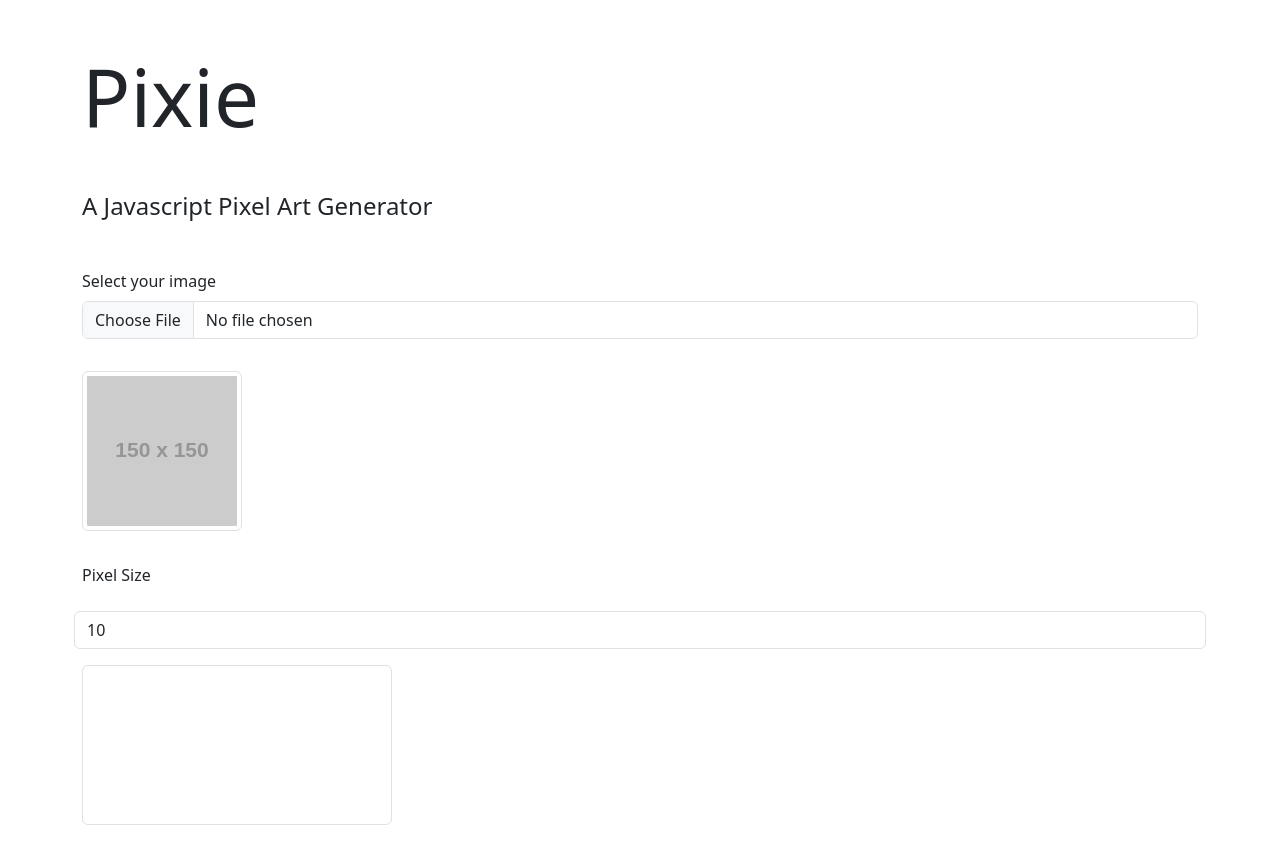
Repository: BigEmperor26/Pixie
Page: index.html
These files come from the project's save history. The page is drawn as it stood at one moment and after the next save; the edit follows.
The browser window is 1280 px wide. The pictures show the whole page.

Above is the page before, as saved 2023-12-08 15:58:58.
Console error: ReferenceError: cv is not defined

After the next save:
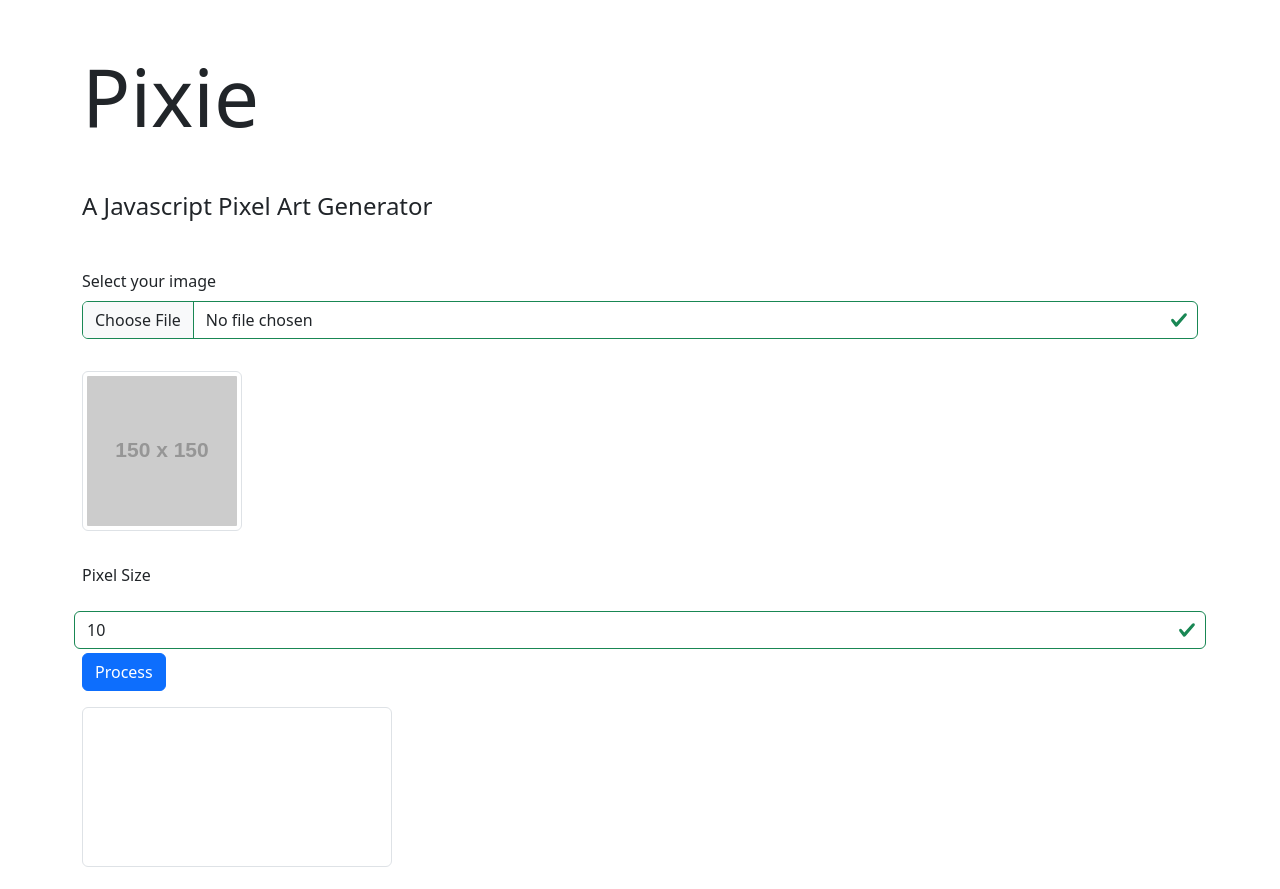
Saved 39 s later.
--- a/index.html
+++ b/index.html
@@ -11,7 +11,7 @@
     <div class="container">
     <p class="h1 my-5 display-1">Pixie</p>
     <p class="h4 my-5 disabled">A Javascript Pixel Art Generator</p>
-    <form class="row g-3 needs-validation" novalidate>
+    <form class="row g-3 needs-validation was-validated" novalidate>
         <div class="my-3">
             <label for="formFile" class="form-label">Select your image</label>
             <input class="form-control" type="file" id="fileInput" >

After the save that followed:
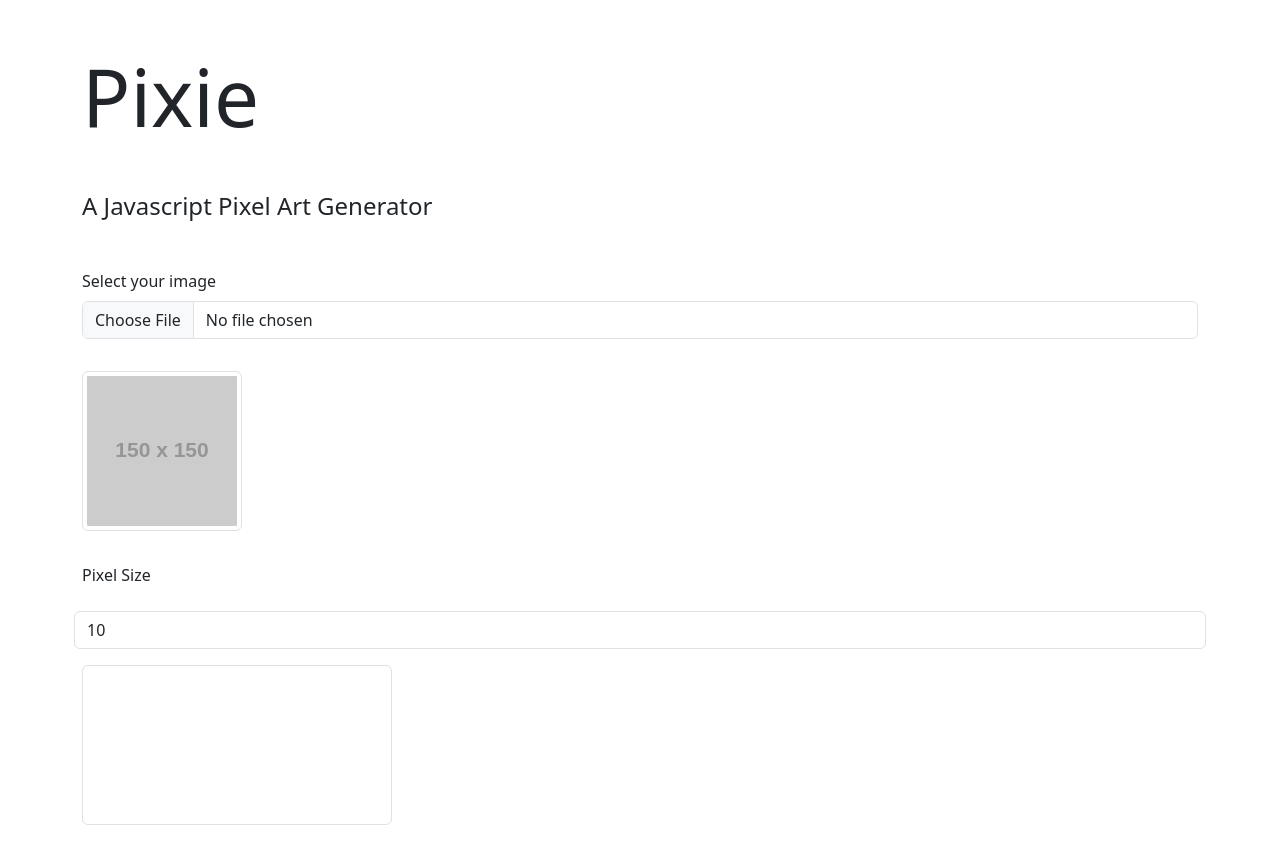
Console error: ReferenceError: onOpenCvReady is not defined
Saved 10 s later.
--- a/index.html
+++ b/index.html
@@ -11,7 +11,7 @@
     <div class="container">
     <p class="h1 my-5 display-1">Pixie</p>
     <p class="h4 my-5 disabled">A Javascript Pixel Art Generator</p>
-    <form class="row g-3 needs-validation was-validated" novalidate>
+    <form class="row g-3 needs-validation" novalidate>
         <div class="my-3">
             <label for="formFile" class="form-label">Select your image</label>
             <input class="form-control" type="file" id="fileInput" >
